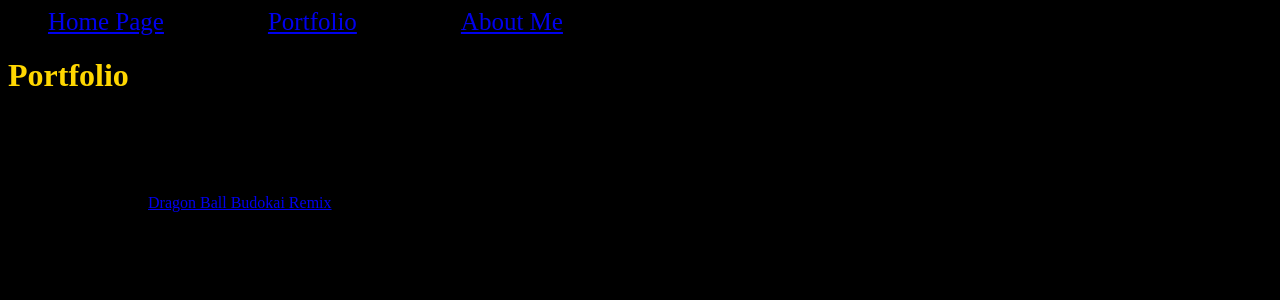
Repository: KevinAbr/KevinAbr.github.io
Page: portfolio.html
The author's editor kept a record of every edit. The page is drawn from the files as they stood at one moment, then again after the next edit.
The browser window is 1280 px wide. The pictures show the whole page.

Above is the page before.

### portfolio.html
<html>
    <head>
       <title>Portfolio</title>
            <style>
            body {background-color: black;}
        li {display: inline; padding-right: 100px;}
        li {color:black; font-size: 25px;}
            body {
                color:gold;
        }

            body {
            background:black;

        }
        </style>
    </head>

    <body>
        <ul>
          <li><a href="index.html">Home Page</a></li>
          <li><a href="portfolio.html">Portfolio</a></li>
          <li><a href="about.html">About Me</a></li>
        </ul>
    <h1>Portfolio</h1>
    <ul>
    <body>
        <li><h3>Project 1</h3></li>
        <a href="https://scratch.mit.edu/projects/328533615"> Dragon Ball Budokai Remix</a>
       <li><h3>Project 2</h3></li>

       <li><h3>Project 3</h3></li>

    </ul>
    </body>

</html>

After the next edit:
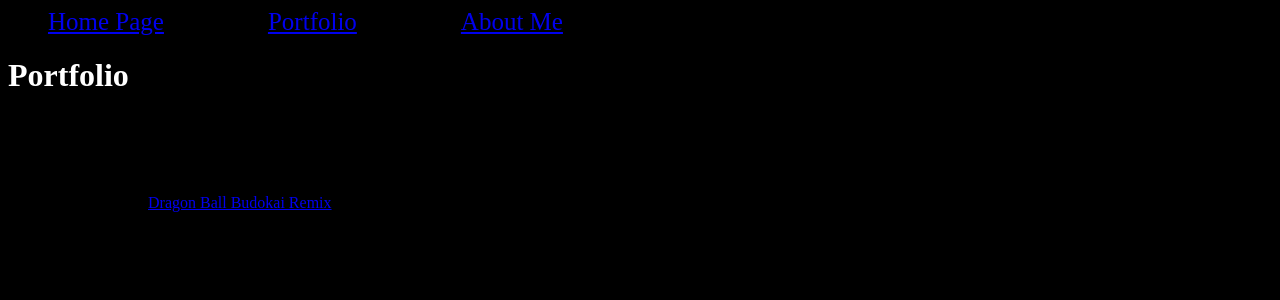
The edit:
--- a/portfolio.html
+++ b/portfolio.html
@@ -6,7 +6,7 @@
         li {display: inline; padding-right: 100px;}
         li {color:black; font-size: 25px;}
             body {
-                color:gold;
+                color:white;
         }
 
             body {
